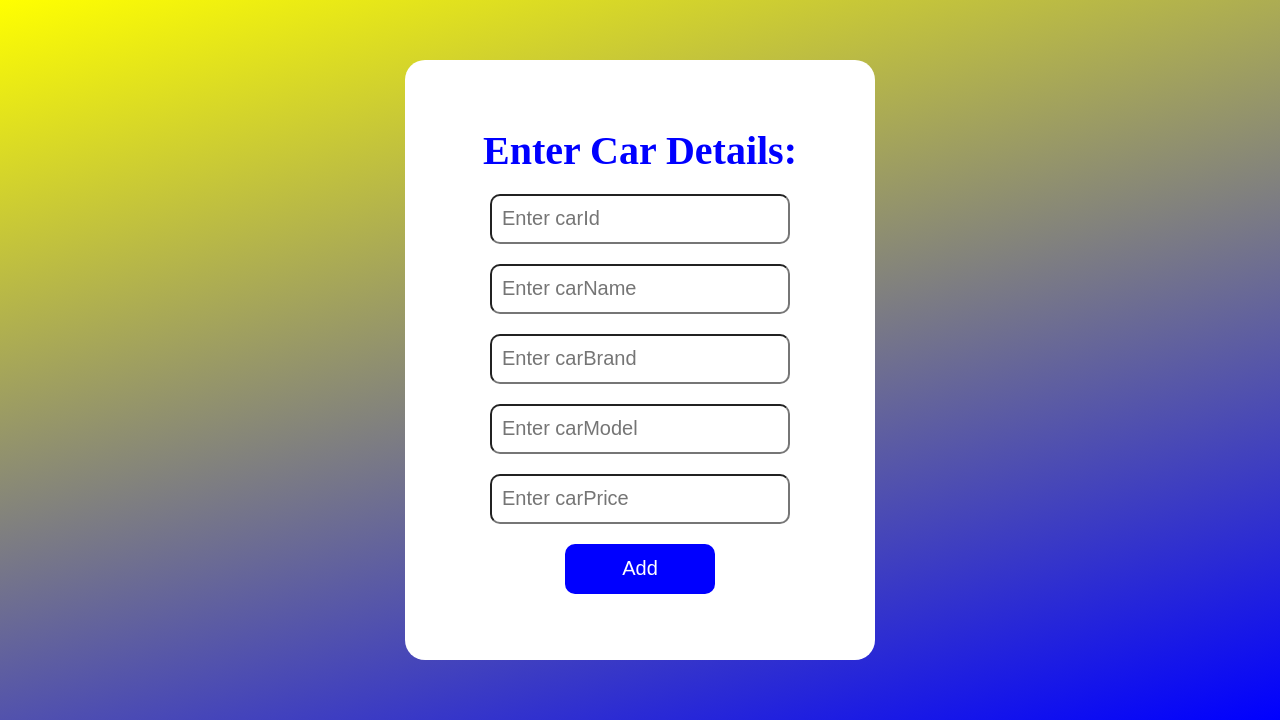
Repository: Dhirajkumar02/Advance-Java--J2EE-
Page: ServletProjecct_CarDB/src/main/webapp/AddCar.html
An editor plug-in stored every save of this project. The page is shown before and after the next save, followed by the edit.
The browser window is 1280 px wide. The pictures show the whole page.

Above is the page before, as saved 2024-11-16 18:40:14.

After the next save:
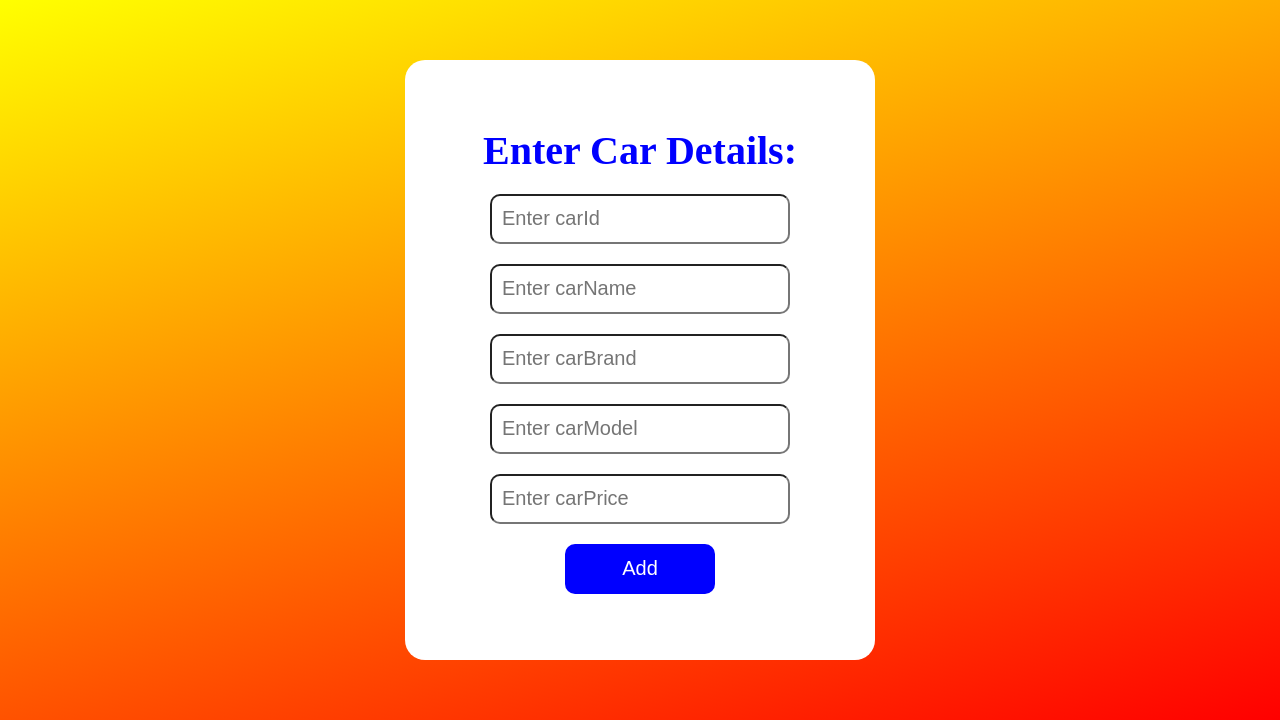
Saved 36 s later.
--- a/ServletProjecct_CarDB/src/main/webapp/AddCar.html
+++ b/ServletProjecct_CarDB/src/main/webapp/AddCar.html
@@ -15,7 +15,7 @@ body {
 	display: flex;
 	justify-content: center;
 	align-items: center;
-	background: linear-gradient(165deg, yellow, blue);
+	background: linear-gradient(165deg, yellow, rgb(255, 0, 0));
 }
 
 form {
